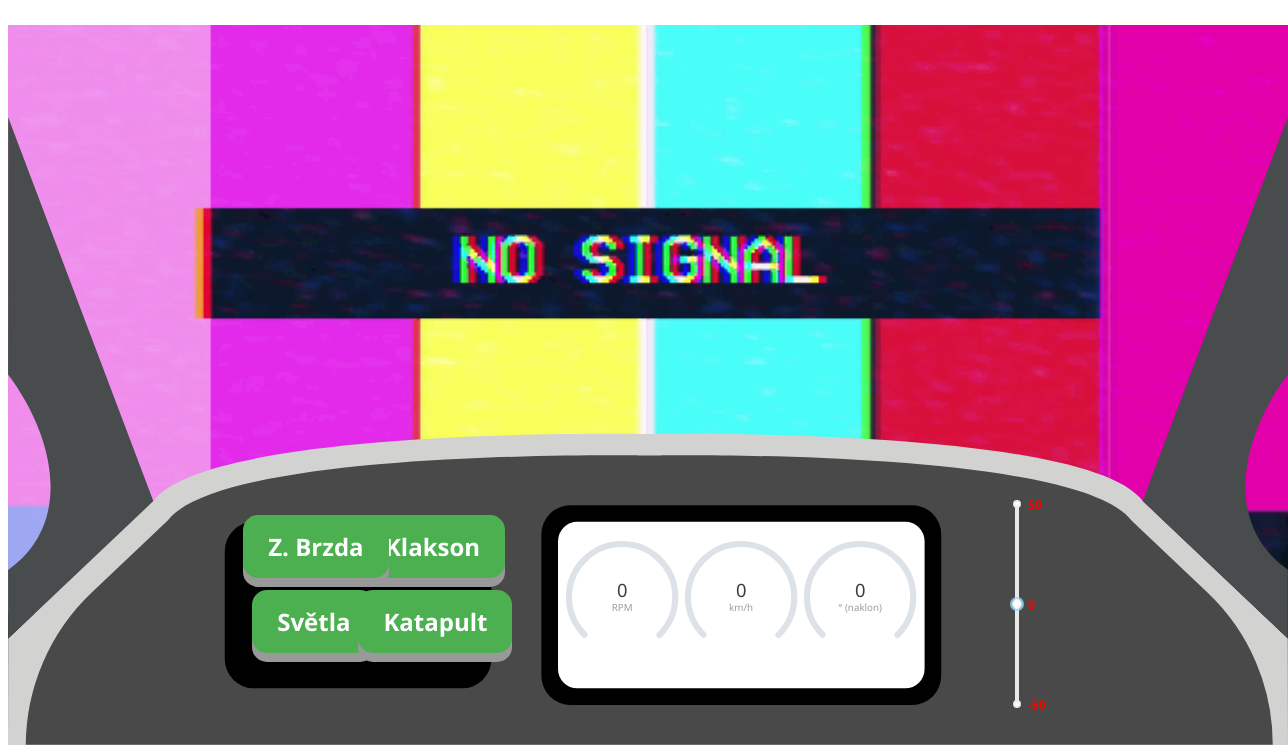
Repository: matyasvelc/train
Page: / (app in frontend/)
These files come from the project's save history. The page is drawn as it stood at one moment and after the next save; the edit follows.
The browser window is 1280 px wide. The page is 1288 px wide, so the pictures cover 1288 px, including what lies to the right of the window. The pictures show the whole page.
The page's requests for data from a server got no answer. The project was rebuilt for these pictures with package versions that can differ from the ones it lists, and the page was loaded fresh each time. No one was signed in, and anything a server would have sent is missing.

Above is the page before, as saved 2022-04-04 20:43:47.

After the next save:
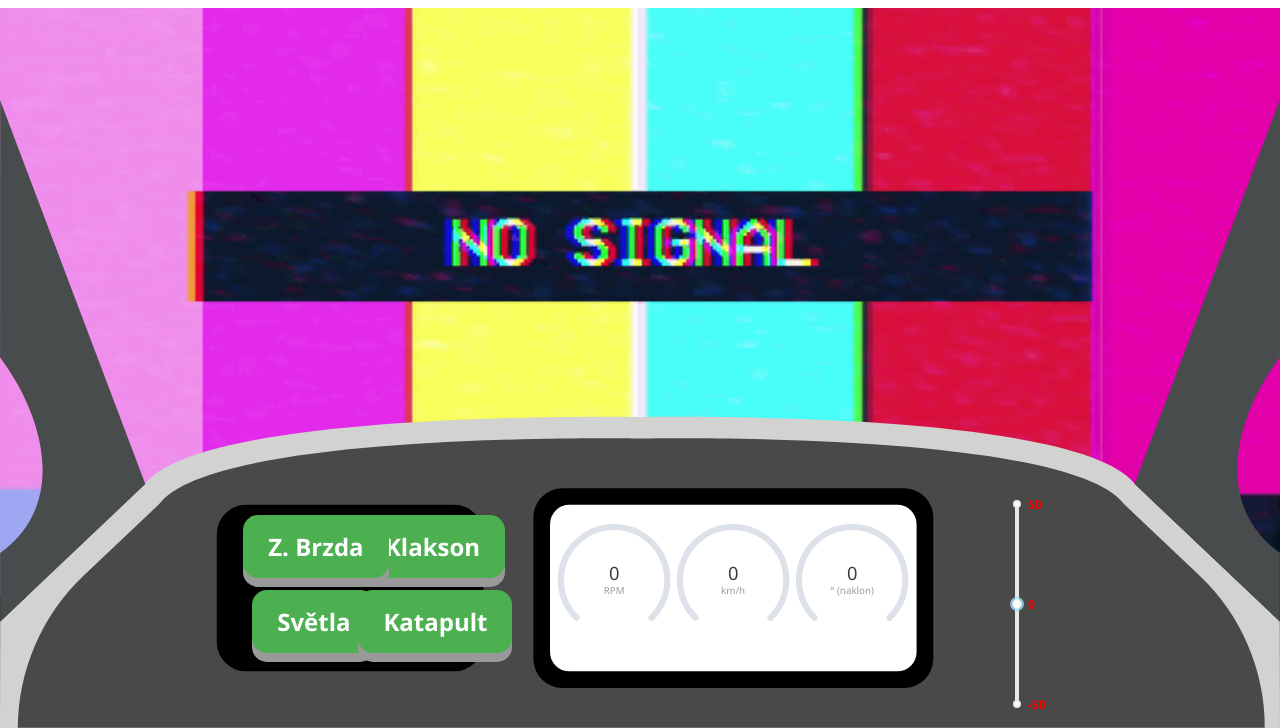
Saved 38 s later.
--- a/frontend/src/styles.css
+++ b/frontend/src/styles.css
@@ -10,15 +10,14 @@ body {
   height: 100%;
 }
 
-.demo {
+.demo > div {
   width: 100%;
   height: 100%;
   left: 0;
   display: inline-block;
-  background-image: url(./nosignal.gif);
 }
 .vlak {
-  background-image: url(./train.svg), url(./nosignal.gif);
+  background-image:url(./train.svg), url(./nosignal.gif);
   background-repeat: no-repeat;
   background-size: 100%;
   width: 100%;
